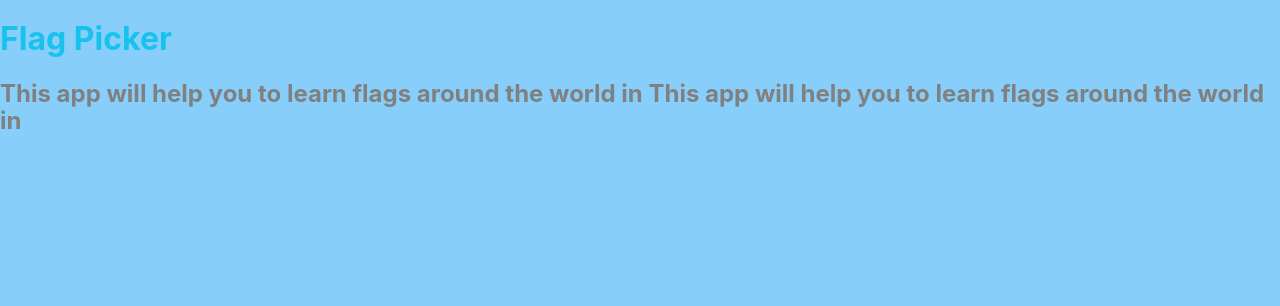
Repository: paras-shah/flag-app
Page: /
These files come from the project's save history. The page is drawn as it stood at one moment and after the next save; the edit follows.
The browser window is 1280 px wide. The pictures show the whole page.
The project was rebuilt for these pictures with package versions that can differ from the ones it lists, and the page was loaded fresh each time.

Above is the page before, as saved 2020-02-11 21:32:42.

After the next save:
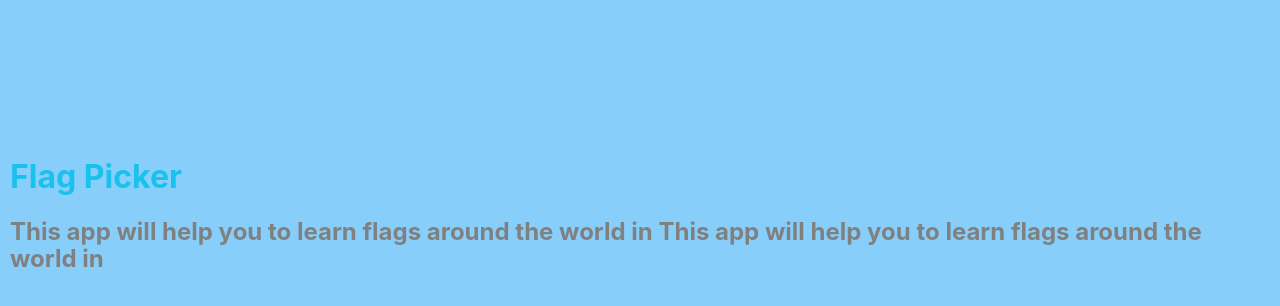
Saved 22 s later.
--- a/src/style/index.css
+++ b/src/style/index.css
@@ -10,8 +10,8 @@ body {
 }
 
 .app-main{
-  margin:"10% auto";
-  padding:"10px";
+  margin: 10% auto;
+  padding: 10px;
   text-align: "center";
 }
 
